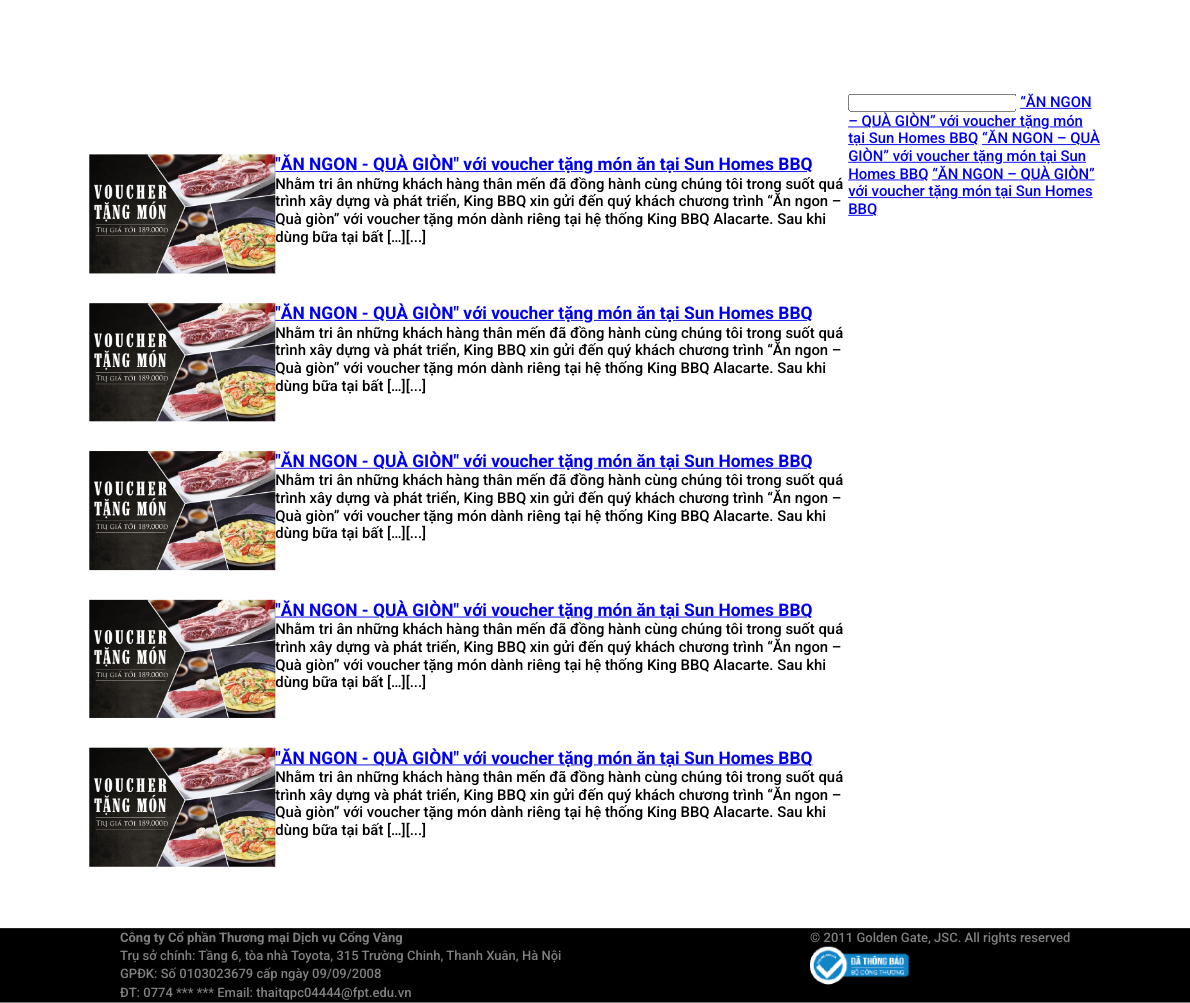
Repository: QUANGTHAI2003/sunhomesbbq
Page: TinTuc.html
The author's editor kept a copy of each file at every save. The page is drawn from the files as they stood at one save, then again after the next save.
The browser window is 1280 px wide. The pictures show the whole page, at 93% of full size.
Some web fonts or font styles are not loaded; a fallback is used.

Above is the page before, as saved 2022-02-15 15:08:10.

After the next save:
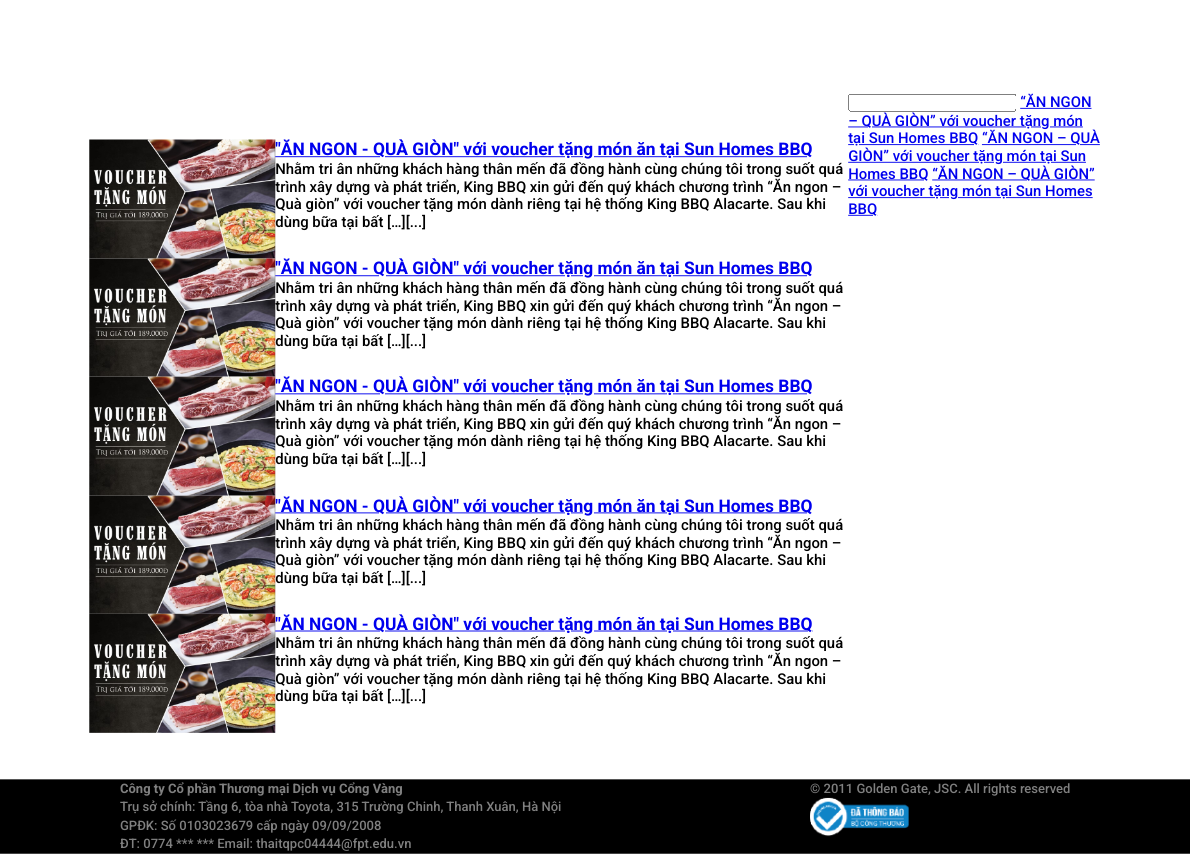
Saved 23 s later.
--- a/style.css
+++ b/style.css
@@ -876,7 +876,6 @@
 
 .post {
     display: flex;
-    margin: 16px 0;
 }
 
 .post img {

After the save that followed:
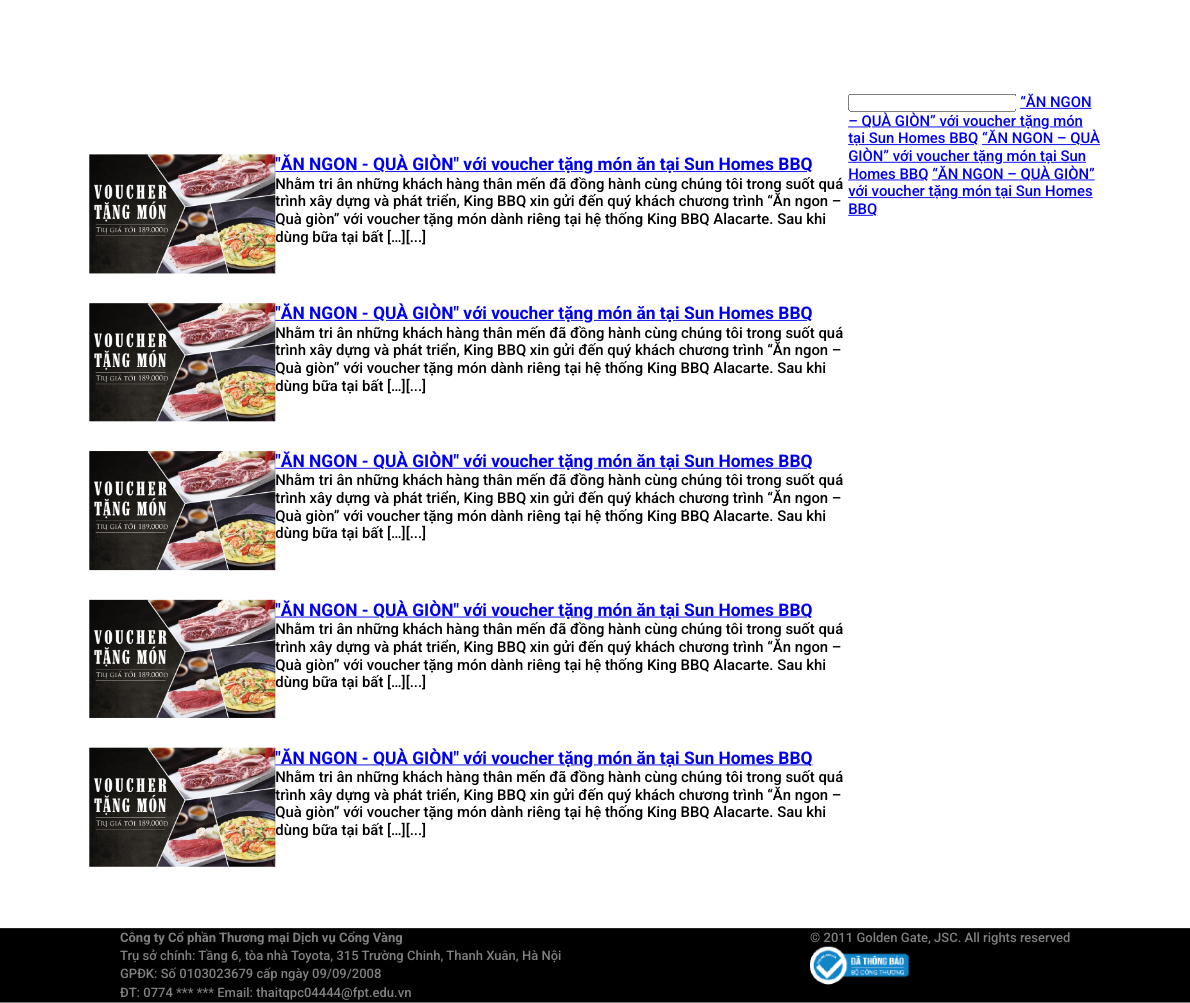
Saved 6 s later.
--- a/style.css
+++ b/style.css
@@ -876,6 +876,7 @@
 
 .post {
     display: flex;
+    margin: 16px 0;
 }
 
 .post img {
